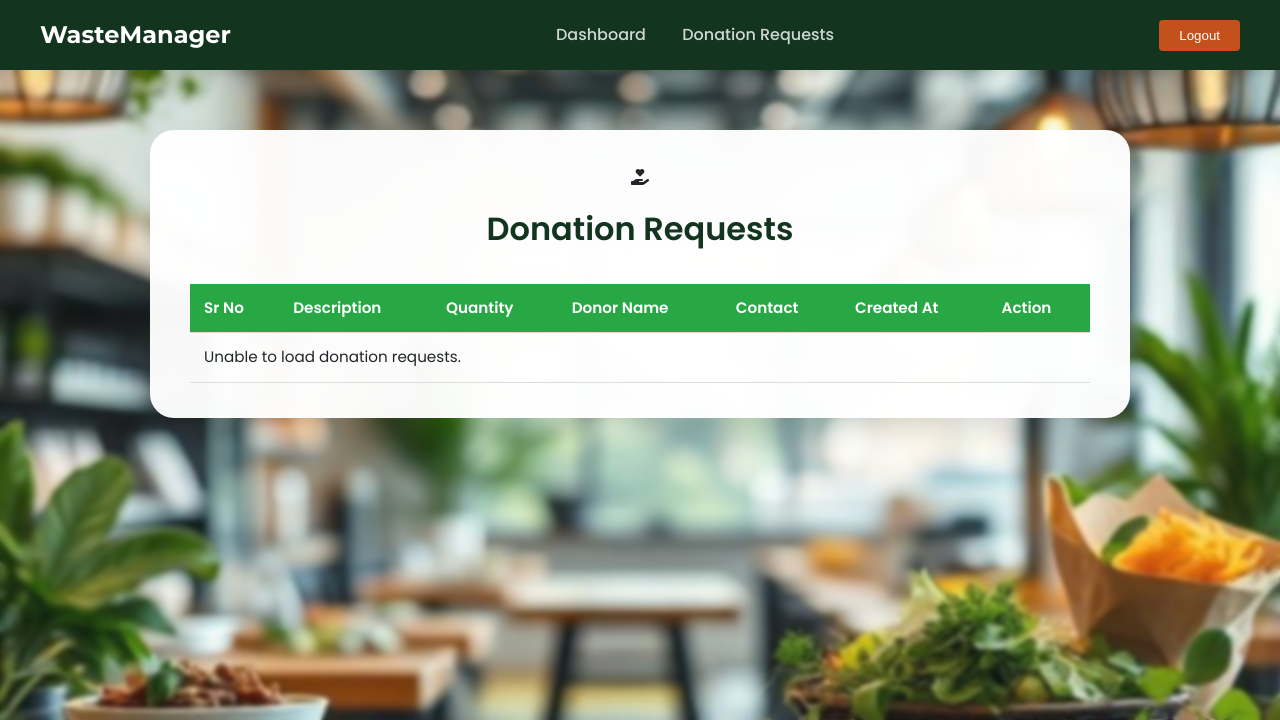
Repository: mahekagrawal25/restaurant-waste-management
Page: frontend/donation-requests.html
An editor plug-in stored every save of this project. The page is shown before and after the next save, followed by the edit.
The browser window is 1280 px wide. The pictures show the whole page.
The page's requests for data from a server got no answer.

Above is the page before, as saved 2025-04-25 11:27:43.
Console error: TypeError: Cannot read properties of null (reading 'getElementsByTagName')

### frontend/donation-requests.html
<!DOCTYPE html>
<html lang="en">
<head>
  <meta charset="UTF-8" />
  <meta name="viewport" content="width=device-width, initial-scale=1.0"/>
  <title>Donation Requests | WasteManager</title>
  <link rel="stylesheet" href="ngostyle.css"/>
  <link rel="stylesheet" href="https://cdnjs.cloudflare.com/ajax/libs/font-awesome/6.4.0/css/all.min.css"/>
  <link href="https://fonts.googleapis.com/css2?family=Poppins:wght@400;500;600&family=Montserrat:wght@700&display=swap" rel="stylesheet"/>
  <style>
    html, body {
      margin: 0;
      padding: 0;
      height: 100%;
      font-family: "Poppins", sans-serif;
      background: url("./images/restro10.jpeg") no-repeat center center fixed;
      background-size: cover;
      overflow: hidden;
    }

    .page-wrapper {
      height: calc(100vh - 80px);
      display: flex;
      justify-content: center;
      align-items: flex-start;
      padding: 60px 20px 20px 20px;
      background-color: rgba(255, 255, 255, 0.05);
      backdrop-filter: blur(2px);
      -webkit-backdrop-filter: blur(2px);
      overflow-y: auto;
    }

    .donation-card {
      background: rgba(255, 255, 255, 0.97);
      border-radius: 24px;
      box-shadow: 0 12px 30px rgba(0, 0, 0, 0.12);
      width: 100%;
      max-width: 980px;
      padding: 35px 40px;
      box-sizing: border-box;
    }

    .card-header {
      text-align: center;
      margin-bottom: 30px;
    }

    .card-header h1 {
      font-size: 2rem;
      margin: 12px 0;
    }

    table {
      width: 100%;
      border-collapse: collapse;
      font-size: 0.95rem;
    }

    th, td {
      padding: 12px 14px;
      border-bottom: 1px solid #ddd;
      text-align: left;
    }

    th {
      background-color: #28a745;
      color: white;
    }

    tr:hover {
      background-color: #f1f1f1;
    }

    .btn-collect {
      padding: 8px 14px;
      background-color: #28a745;
      color: white;
      font-weight: 500;
      border: none;
      border-radius: 6px;
      cursor: pointer;
      transition: background-color 0.3s ease;
    }

    .btn-collect:hover {
      background-color: #218838;
    }

    .footer {
      display: none;
    }
  </style>
</head>
<body>
  <header class="navbar">
    <div class="nav-container">
      <div class="logo">WasteManager</div>
      <nav>
        <a href="ngo_dashboard.html">Dashboard</a>
        <a href="donations-request.html" class="active">Donation Requests</a>
      </nav>
      <button id="logoutBtn" class="btn-logout">Logout</button>
    </div>
  </header>

  <div class="page-wrapper">
    <div class="donation-card">
      <div class="card-header">
        <i class="fas fa-hand-holding-heart"></i>
        <h1>Donation Requests</h1>
      </div>

      <table id="donationTable">
        <thead>
          <tr>
            <th>Sr No</th>
            <th>Description</th>
            <th>Quantity</th>
            <th>Donor Name</th>
            <th>Contact</th>
            <th>Created At</th>
            <th>Action</th>
          </tr>
        </thead>
        <tbody>
          <!-- Data will be inserted here dynamically -->
        </tbody>
      </table>
    </div>
  </div>

  <footer class="footer">
    <p>&copy; 2025 WasteManager | All rights reserved</p>
  </footer>

  <script src="script.js"></script>
</body>
</html>

### frontend/ngostyle.css
/* style.css - Enhanced Modern Elegant Theme */
:root {
  /* Color Palette */
  --dark-green: #13341E;
  --fern-green: #4E7145;
  --gamboge: #EB9C35;
  --sinopia: #C4501B;
  --sienna: #8A2B13;

  /* New Gradient Colors */
  --light-fern: #E8F0E6;
  --pale-gamboge: #FDF4E6;

  /* Supporting Colors */
  --white: #FFFFFF;
  --light-gray: #E9ECEF;
  --text-dark: #212529;
  --text-light: #5A6C5A;
}

/* Base Styles */
body {
  font-family: 'Poppins', sans-serif;
  margin: 0;
  padding: 0;
  background: linear-gradient(135deg, var(--light-fern) 0%, var(--pale-gamboge) 100%);
  color: var(--text-dark);
  line-height: 1.6;
  min-height: 100vh;
}

/* Typography */
h1, h2, h3 {
  font-weight: 600;
  color: var(--dark-green);
}

h1 {
  font-size: 2rem;
  margin-bottom: 1rem;
}

h2 {
  font-size: 1.5rem;
}

h3 {
  font-size: 1.25rem;
}

p {
  color: var(--text-light);
  margin-bottom: 1.5rem;
}

/* Navigation Bar */
.navbar {
  background-color: var(--dark-green);
  padding: 1rem 2rem;
  box-shadow: 0 2px 10px rgba(0, 0, 0, 0.1);
}

.nav-container {
  display: flex;
  justify-content: space-between;
  align-items: center;
  max-width: 1200px;
  margin: 0 auto;
}

.logo {
  font-family: 'Montserrat', sans-serif;
  font-weight: 700;
  font-size: 1.5rem;
  color: var(--white);
}

nav a {
  color: rgba(255, 255, 255, 0.8);
  text-decoration: none;
  margin: 0 1rem;
  font-weight: 500;
  transition: color 0.3s ease;
}

nav a:hover {
  color: var(--white);
}

.btn-logout {
  background-color: var(--sinopia);
  color: var(--white);
  border: none;
  padding: 0.5rem 1.25rem;
  border-radius: 4px;
  font-weight: 500;
  cursor: pointer;
  transition: all 0.3s ease;
}

.btn-logout:hover {
  background-color: var(--sienna);
  transform: translateY(-2px);
}

/* Main Container */
.container {
  max-width: 1200px;
  margin: 2rem auto;
  padding: 0 2rem;
}

/* Enhanced Welcome Section */
.welcome-section {
  text-align: center;
  margin-bottom: 3rem;
  padding: 2.5rem;
  background: rgba(255, 255, 255, 0.95);
  border-radius: 16px;
  box-shadow: 0 8px 32px rgba(19, 52, 30, 0.1);
  border-left: 6px solid var(--gamboge);
  position: relative;
  overflow: hidden;
  transition: all 0.4s ease;
}

.welcome-section:hover {
  transform: translateY(-3px);
  box-shadow: 0 12px 36px rgba(19, 52, 30, 0.15);
}

.welcome-section::before {
  content: "";
  position: absolute;
  top: 0;
  left: 0;
  width: 100%;
  height: 4px;
  background: linear-gradient(90deg, var(--fern-green), var(--gamboge));
}

/* Enhanced Action Cards Grid */
.actions-grid {
  display: grid;
  grid-template-columns: repeat(auto-fit, minmax(280px, 1fr));
  gap: 2rem;
  margin-bottom: 3rem;
}

.action-card {
  background: rgba(255, 255, 255, 0.95);
  border-radius: 12px;
  padding: 2rem;
  text-align: center;
  cursor: pointer;
  transition: all 0.4s cubic-bezier(0.25, 0.8, 0.25, 1);
  box-shadow: 0 6px 18px rgba(19, 52, 30, 0.08);
  position: relative;
  overflow: hidden;
  border: none;
}

.action-card::after {
  content: "";
  position: absolute;
  bottom: 0;
  left: 0;
  width: 100%;
  height: 4px;
  background: linear-gradient(90deg, var(--fern-green), var(--gamboge));
  transition: all 0.3s ease;
}

.action-card:hover {
  transform: translateY(-8px);
  box-shadow: 0 14px 28px rgba(19, 52, 30, 0.15);
}

.action-card:hover::after {
  height: 6px;
}

.action-card i {
  font-size: 2.5rem;
  background: linear-gradient(135deg, var(--fern-green), var(--dark-green));
  -webkit-background-clip: text;
  background-clip: text;
  color: transparent;
  margin-bottom: 1.5rem;
  transition: all 0.3s ease;
}

.action-card:hover i {
  transform: scale(1.1);
}

.action-card h3 {
  margin-bottom: 1rem;
  color: var(--dark-green);
  position: relative;
}

.action-card p {
  color: var(--text-light);
  margin-bottom: 0;
  font-size: 0.95rem;
}

/* Enhanced Footer */
.footer {
  text-align: center;
  padding: 1.5rem;
  background: var(--dark-green);
  color: rgba(255, 255, 255, 0.85);
  margin-top: 4rem;
  position: relative;
}

.footer::before {
  content: "";
  position: absolute;
  top: 0;
  left: 0;
  width: 100%;
  height: 4px;
  background: linear-gradient(90deg, var(--gamboge), var(--sinopia));
}

.footer p {
  margin: 0;
  font-size: 0.9rem;
}

/* Utility Classes */
.text-center {
  text-align: center;
}

/* Responsive Adjustments */
@media (max-width: 768px) {
  .nav-container {
    flex-direction: column;
  }

  nav {
    margin: 1rem 0;
  }

  .actions-grid {
    grid-template-columns: 1fr;
    gap: 1.5rem;
  }

  .welcome-section {
    padding: 2rem 1.5rem;
  }

  .action-card {
    padding: 1.75rem;
  }
}

Loaded but not shown: frontend/script.js (665 lines, source omitted)

After the next save:
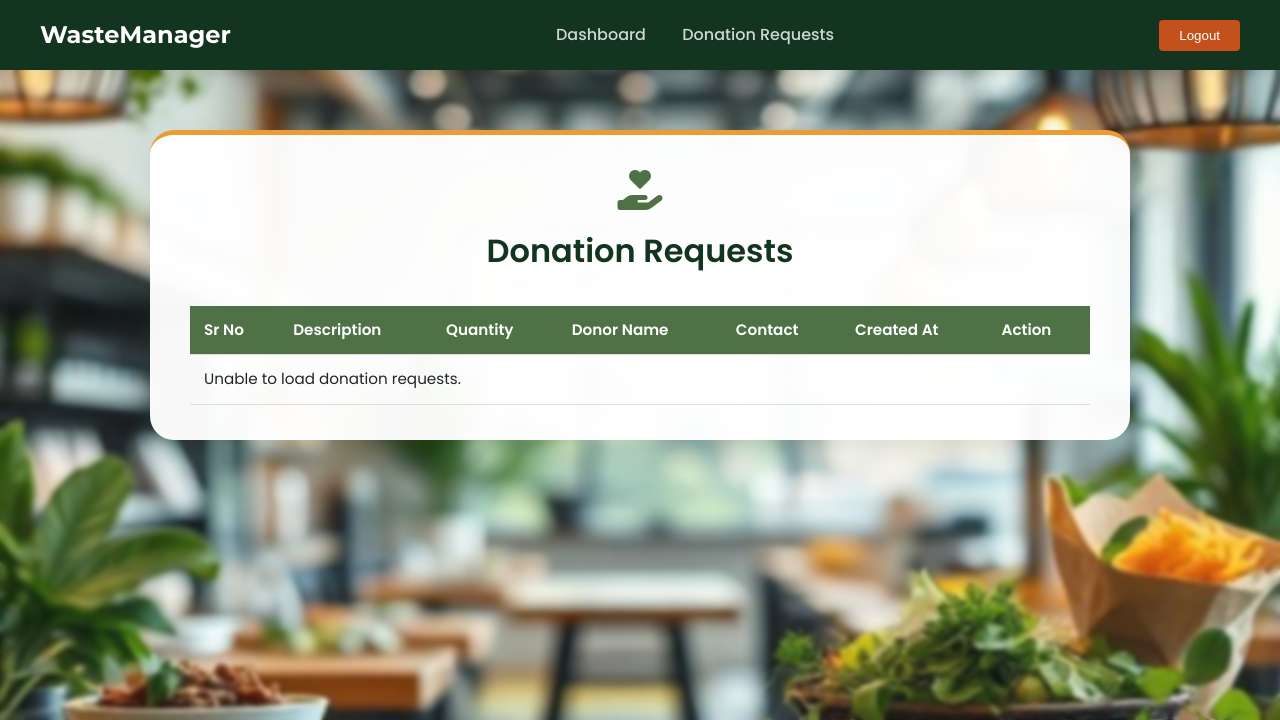
Saved 58 s later.
--- a/frontend/donation-requests.html
+++ b/frontend/donation-requests.html
@@ -8,6 +8,14 @@
   <link rel="stylesheet" href="https://cdnjs.cloudflare.com/ajax/libs/font-awesome/6.4.0/css/all.min.css"/>
   <link href="https://fonts.googleapis.com/css2?family=Poppins:wght@400;500;600&family=Montserrat:wght@700&display=swap" rel="stylesheet"/>
   <style>
+    :root {
+      --dark-green: #13341E;
+      --fern-green: #4E7145;
+      --gamboge: #EB9C35;
+      --sinopia: #C4501B;
+      --sienna: #8A2B13;
+    }
+
     html, body {
       margin: 0;
       padding: 0;
@@ -33,11 +41,12 @@
     .donation-card {
       background: rgba(255, 255, 255, 0.97);
       border-radius: 24px;
-      box-shadow: 0 12px 30px rgba(0, 0, 0, 0.12);
+      box-shadow: 0 12px 30px rgba(19, 52, 30, 0.15);
       width: 100%;
       max-width: 980px;
       padding: 35px 40px;
       box-sizing: border-box;
+      border-top: 5px solid var(--gamboge);
     }
 
     .card-header {
@@ -48,6 +57,12 @@
     .card-header h1 {
       font-size: 2rem;
       margin: 12px 0;
+      color: var(--dark-green);
+    }
+
+    .card-header i {
+      color: var(--fern-green);
+      font-size: 2.5rem;
     }
 
     table {
@@ -63,27 +78,28 @@
     }
 
     th {
-      background-color: #28a745;
+      background-color: var(--fern-green);
       color: white;
     }
 
     tr:hover {
-      background-color: #f1f1f1;
+      background-color: rgba(232, 240, 230, 0.5);
     }
 
     .btn-collect {
       padding: 8px 14px;
-      background-color: #28a745;
+      background-color: var(--gamboge);
       color: white;
       font-weight: 500;
       border: none;
       border-radius: 6px;
       cursor: pointer;
-      transition: background-color 0.3s ease;
+      transition: all 0.3s ease;
     }
 
     .btn-collect:hover {
-      background-color: #218838;
+      background-color: var(--sinopia);
+      transform: translateY(-2px);
     }
 
     .footer {
